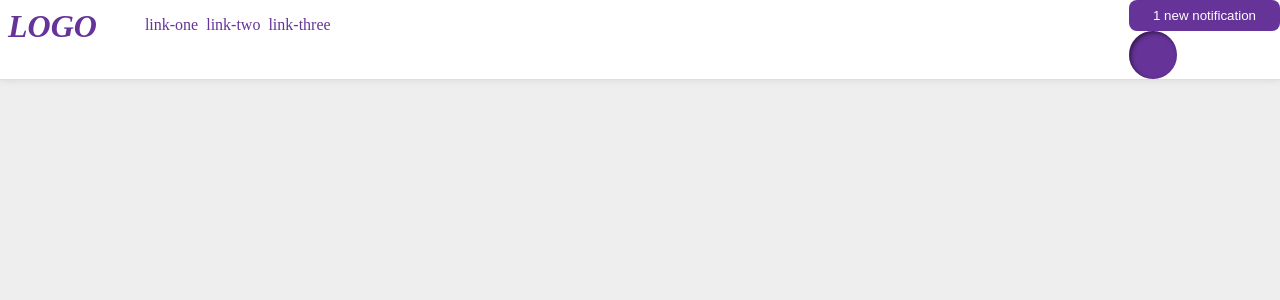
Repository: bbrockbrown/css-exercises
Page: flex/03-flex-header-2/index.html
The author's editor kept a copy of each file at every save. The page is drawn from the files as they stood at one save, then again after the next save.
The browser window is 1280 px wide. The pictures show the whole page.
Some web fonts or font styles are not loaded; a fallback is used.

Above is the page before, as saved 2024-07-21 13:12:19.

### flex/03-flex-header-2/index.html
<!DOCTYPE html>
<html lang="en">
  <head>
    <meta charset="UTF-8">
    <meta http-equiv="X-UA-Compatible" content="IE=edge">
    <meta name="viewport" content="width=device-width, initial-scale=1.0">
    <title>Flex Header 2</title>
    <link rel="stylesheet" href="style.css">
  </head>
  <body>
    <div class="header">
      <div class="left-container">
        <div class="logo">
          LOGO
        </div>
        <ul class="links">
          <li><a href="https://google.com">link-one</a></li>
          <li><a href="https://google.com">link-two</a></li>
          <li><a href="https://google.com">link-three</a></li>
        </ul>
      </div>

      <div class="right-container">
        <button class="notifications">
          1 new notification
        </button>
        <div class="profile-image"></div>
      </div>

    </div>
  </body>
</html>

### flex/03-flex-header-2/style.css
/* this is some magical font-importing.
you'll learn about it later. */
@import url('https://fonts.googleapis.com/css2?family=Besley:ital,wght@0,400;1,900&display=swap');

body {
  margin: 0;
  background: #eee;
  font-family: Besley, serif;
}

.header {
  background: white;
  border-bottom: 1px solid #ddd;
  box-shadow: 0 0 8px rgba(0,0,0,.1);
  display: flex;
  justify-content: space-between;
}

.left-container {
  display: flex;
  justify-content: center;
  border: 8px blue;
}


.profile-image {
  background: rebeccapurple;
  box-shadow: inset 2px 2px 4px rgba(0,0,0,.5);
  border-radius: 50%;
  width: 48px;
  height: 48px;
}

.logo {
  color: rebeccapurple;
  font-size: 32px;
  font-weight: 900;
  font-style: italic;
  margin: 8px;
}

button {
  border: none;
  border-radius: 8px;
  background: rebeccapurple;
  color: white;
  padding: 8px 24px;
}

a {
  /* this removes the line under our links */
  text-decoration: none;
  color: rebeccapurple;
}

ul {
  list-style-type: none;
  display: flex;
  gap: 8px;
}

After the next save:
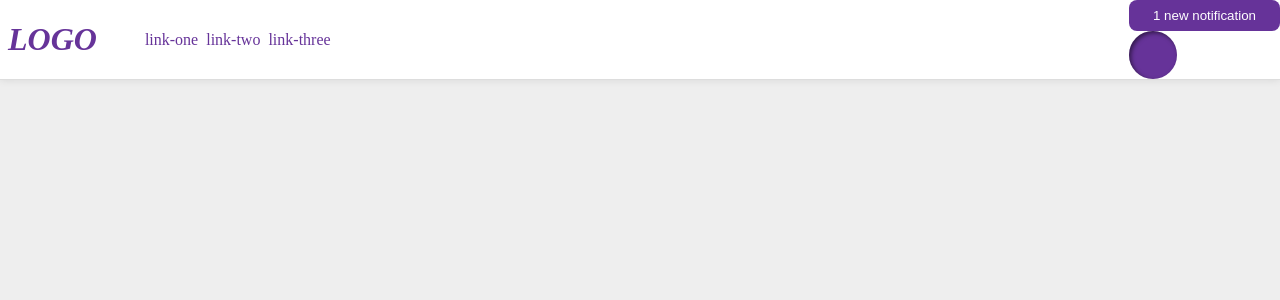
Saved 14 s later.
--- a/flex/03-flex-header-2/style.css
+++ b/flex/03-flex-header-2/style.css
@@ -19,7 +19,7 @@ body {
 .left-container {
   display: flex;
   justify-content: center;
-  border: 8px blue;
+  align-items: center;
 }
 
 
